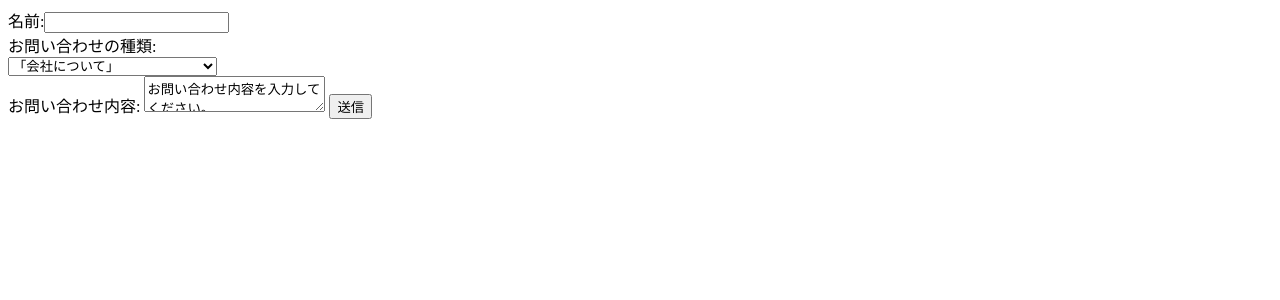
Repository: sakku-14/sukkiri_servlet
Page: http://localhost/lucky/ex5_2.jsp
The author's editor kept a copy of each file at every save. The page is drawn from the files as they stood at one save, then again after the next save.
The browser window is 1280 px wide. The pictures show the whole page.
The page is served by Tomcat 9. Other server files are loaded and not shown.

Above is the page before, as saved 2021-10-18 02:18:59.

### lucky/src/main/webapp/ex5_2.jsp
<%@ page language="java" contentType="text/html; charset=UTF-8"
    pageEncoding="UTF-8"%>
<!DOCTYPE html>
<html>
<head>
<meta charset="UTF-8">
<title>お問い合わせフォーム</title>
</head>
<body>
<form action="/lucky/testenq" method="post">
名前:<input type="text" name="name"><br>
お問い合わせの種類:<br>
<select name="qtype">
<option value="company">「会社について」</option>
<option value="product">「製品について」</option>
<option value="support">「アフターサポートについて」</option>
</select>
<br>
お問い合わせ内容:
<textarea name="body">お問い合わせ内容を入力してください。</textarea>
<input type="submit" value="送信">
</form>
</body>
</html>

After the next save:
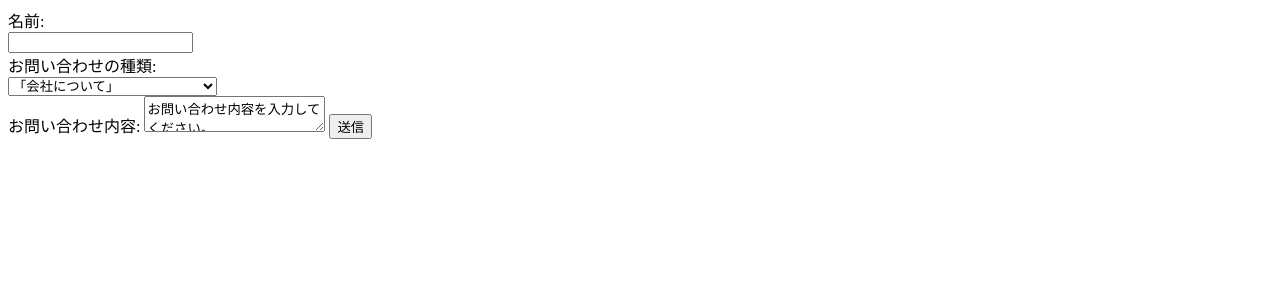
Saved 48 s later.
--- a/lucky/src/main/webapp/ex5_2.jsp
+++ b/lucky/src/main/webapp/ex5_2.jsp
@@ -8,7 +8,7 @@
 </head>
 <body>
 <form action="/lucky/testenq" method="post">
-名前:<input type="text" name="name"><br>
+名前:<br><input type="text" name="name"><br>
 お問い合わせの種類:<br>
 <select name="qtype">
 <option value="company">「会社について」</option>
